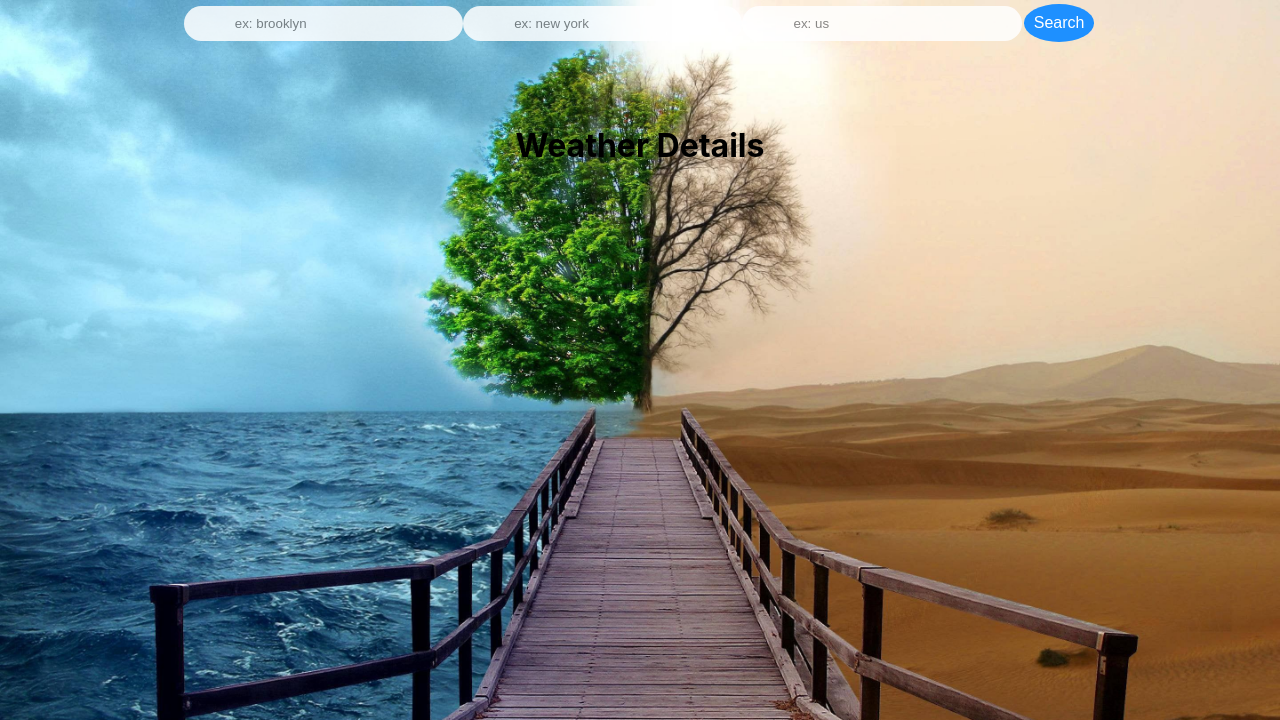
Repository: Mohsin231/Weather_App
Page: /
The author's editor kept a copy of each file at every save. The page is drawn from the files as they stood at one save, then again after the next save.
The browser window is 1280 px wide. The pictures show the whole page.
The project was rebuilt for these pictures with package versions that can differ from the ones it lists, and the page was loaded fresh each time.

Above is the page before, as saved 2021-01-25 04:43:32.

After the next save:
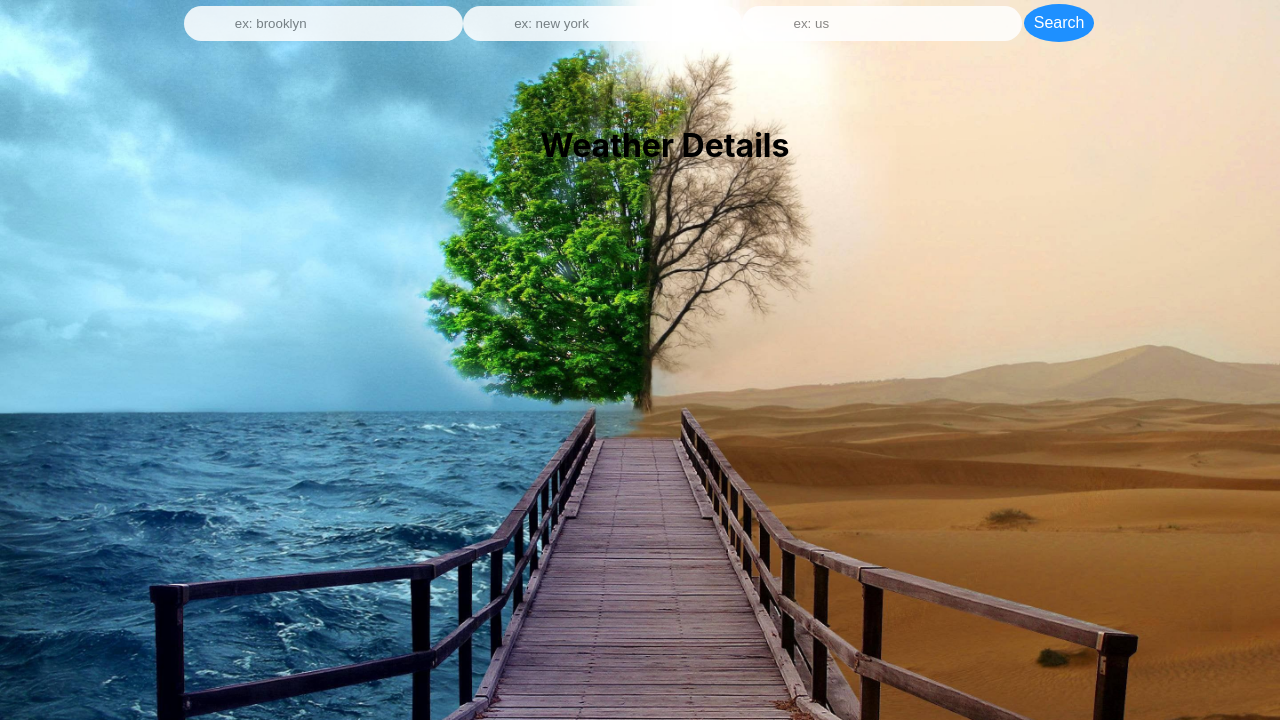
Saved 26 s later.
--- a/src/Weather.css
+++ b/src/Weather.css
@@ -4,6 +4,7 @@
     justify-content: center;
     align-items: center;
     flex-direction: column;
+    padding-left: 50px;
   }
 
 .city {
